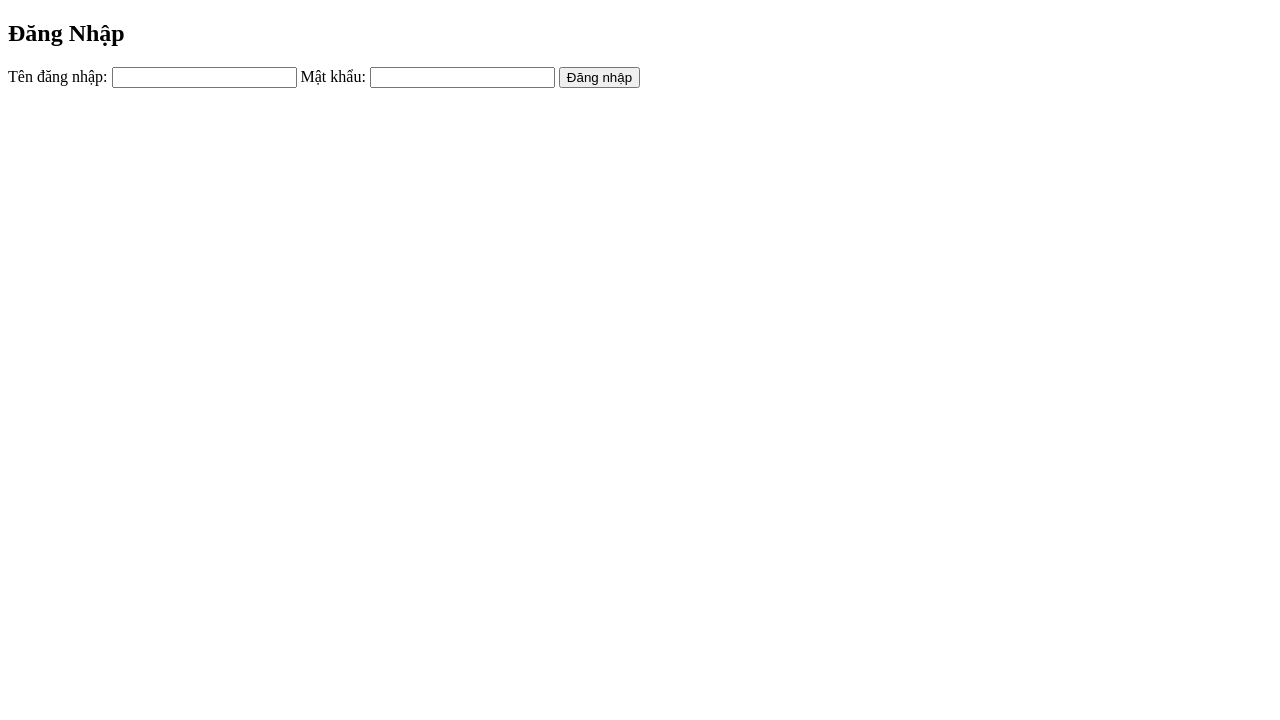
Repository: ThongThien/64132265_Web2
Page: Login/src/main/webapp/login.html
An editor plug-in stored every save of this project. The page is shown before and after the next save, followed by the edit.
The browser window is 1280 px wide. The pictures show the whole page.

Above is the page before, as saved 2025-02-18 10:32:28.

After the next save:
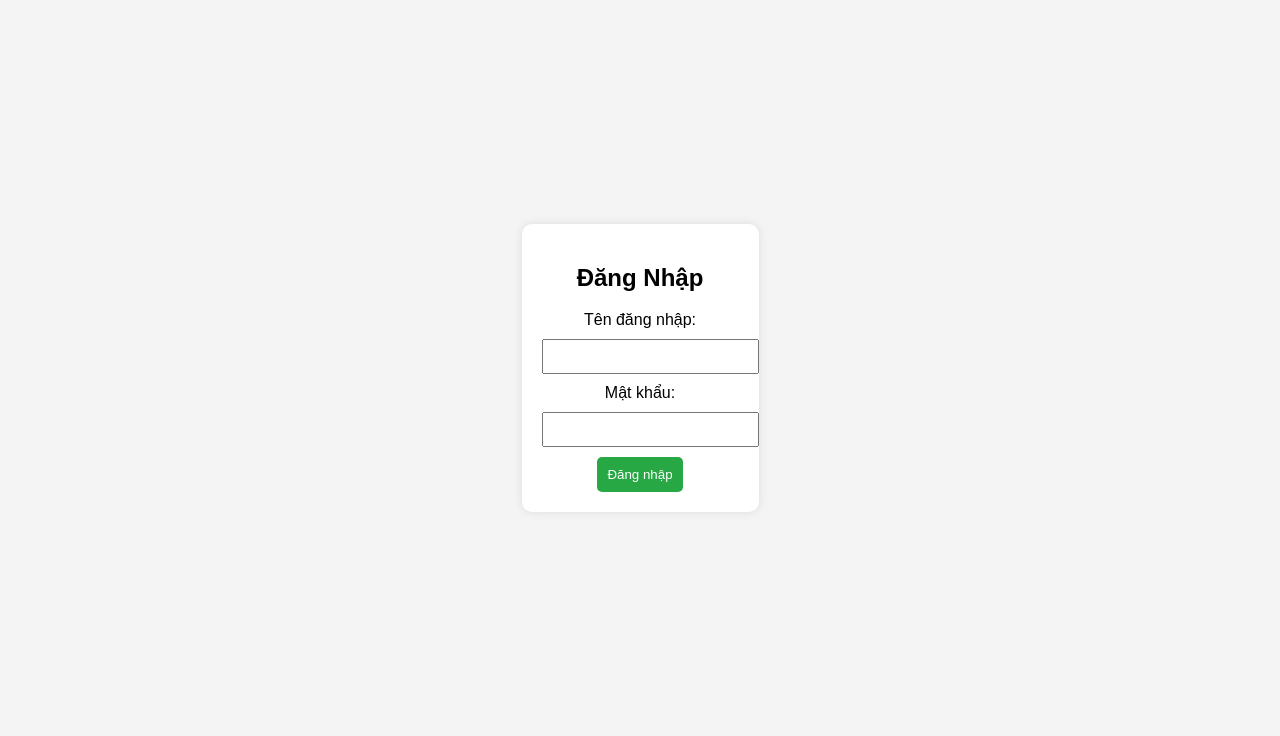
Saved 21 s later.
--- a/Login/src/main/webapp/login.html
+++ b/Login/src/main/webapp/login.html
@@ -3,6 +3,40 @@
 <head>
 <meta charset="UTF-8">
 <title>Login</title>
+    <style>
+        body {
+            font-family: Arial, sans-serif;
+            display: flex;
+            justify-content: center;
+            align-items: center;
+            height: 100vh;
+            background-color: #f4f4f4;
+        }
+        .login-container {
+            background: white;
+            padding: 20px;
+            border-radius: 10px;
+            box-shadow: 0 0 10px rgba(0, 0, 0, 0.1);
+            text-align: center;
+        }
+        input {
+            display: block;
+            width: 100%;
+            margin: 10px 0;
+            padding: 8px;
+        }
+        button {
+            background-color: #28a745;
+            color: white;
+            padding: 10px;
+            border: none;
+            border-radius: 5px;
+            cursor: pointer;
+        }
+        button:hover {
+            background-color: #218838;
+        }
+    </style>
 </head>
 <body>
     <div class="login-container">
